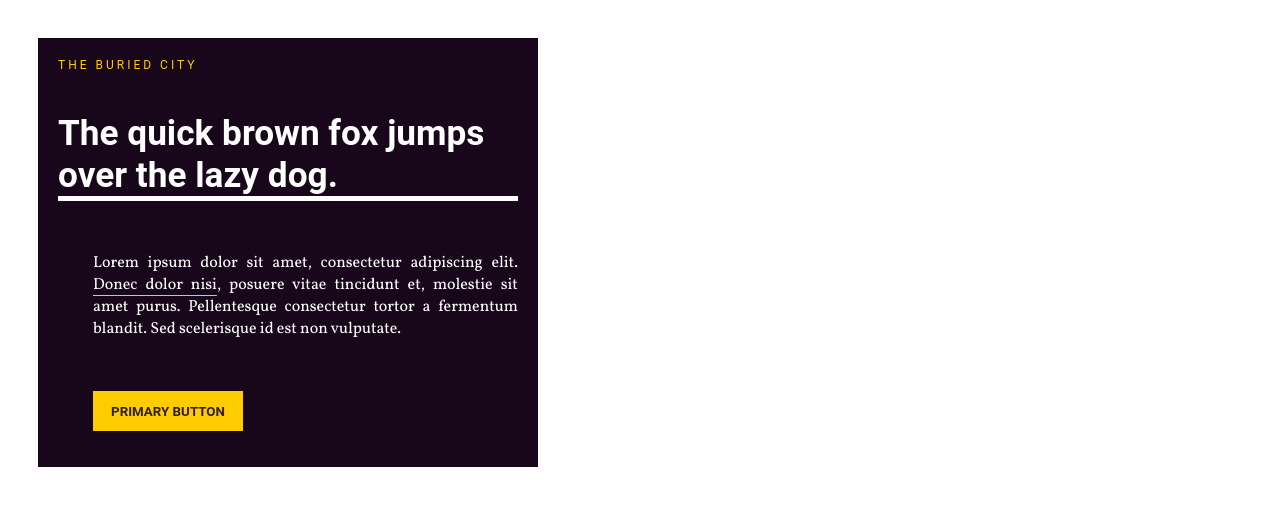
Repository: rafigabriel/TP2---Web-I
Page: ex03-css/index.html
An editor plug-in stored every save of this project. The page is shown before and after the next save, followed by the edit.
The browser window is 1280 px wide. The pictures show the whole page.

Above is the page before, as saved 2024-09-09 18:22:08.

After the next save:
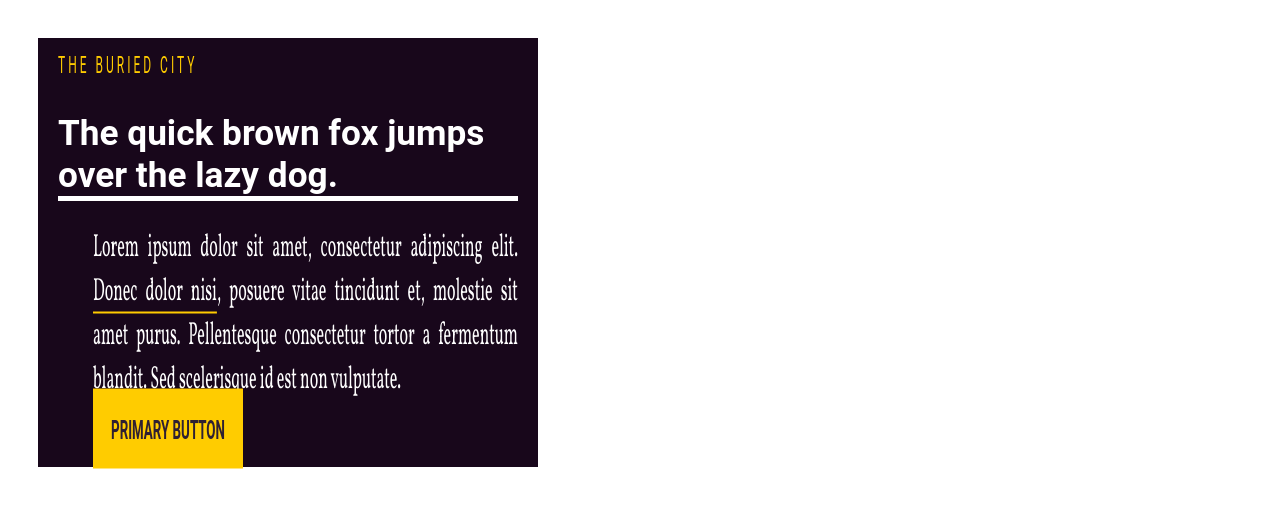
Saved 74 s later.
--- a/ex03-css/style.css
+++ b/ex03-css/style.css
@@ -29,6 +29,7 @@ p{
     font-style: normal;
     font-size: 1em;
     color: white;
+    transform: scale(1,2);
 }
 
 #secao{
